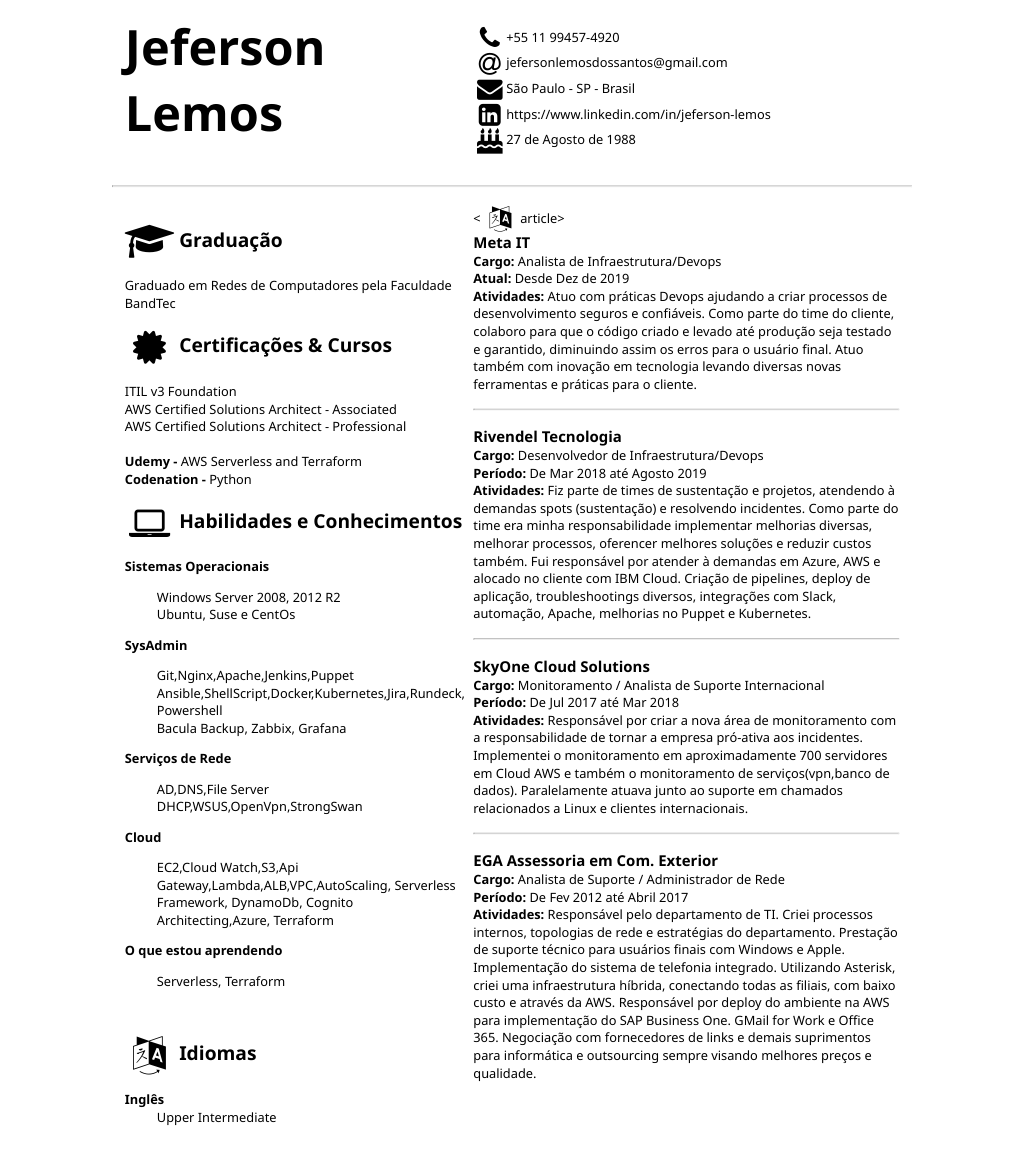
Repository: jefersonlemos/Resume-pt
Page: index.html
The author's editor kept a copy of each file at every save. The page is drawn from the files as they stood at one save, then again after the next save.
The browser window is 1280 px wide. The pictures show the whole page, at 80% of full size.

Above is the page before, as saved 2020-06-15 12:02:32.

### index.html
<!DOCTYPE html>

<html lang="en">
<head>
    <meta charset="utf-8" />
    <title>Jeferson Lemos PT</title>
    <link rel="stylesheet" href="./css/normalize.css" type="text/css" />
    <link rel="stylesheet" href="./css/app.css" type="text/css" />
    <link rel="stylesheet" href="./css/font-awesome.min.css" type="text/css" />
</head>
<body>
    <div class="content">
        <header>
            <section>
                <h1>Jeferson <br />Lemos</h1>
            </section>
            <section>
                <ul>
                    <li>
                        <i class="fa fa-fw fa-2x fa-phone"></i>+55 11 99457-4920
                    </li>
                    <li>
                        <i class="fa fa-fw fa-2x fa-at"></i>jefersonlemosdossantos@gmail.com
                    </li>
                    <li>
                        <i class="fa fa-fw fa-2x fa-envelope"></i>São Paulo - SP - Brasil
                    </li>
                    <li>
                        <i class="fa fa-fw fa-2x fa-linkedin-square"></i>https://www.linkedin.com/in/jeferson-lemos
                    </li>
                    <li>
                        <i class="fa fa-fw fa-2x fa-birthday-cake"></i>27 de Agosto de 1988
                    </li>
                </ul>
            </section>
        </header>
        <hr />
        <main>
            <section>
                <article>
                    <h2><i class="fa fa-fw fa-2x fa-graduation-cap"></i> Graduação</h2>
                        Graduado em Redes de Computadores pela Faculdade BandTec

                </article>
                <article>
                    <h2><i class="fa fa-fw fa-2x fa-certificate"></i> Certificações & Cursos</h2>

                        ITIL v3 Foundation </br>
                        AWS Certified Solutions Architect - Associated </br>
                        AWS Certified Solutions Architect - Professional</br>
						</br>

					<b>Udemy - </b>AWS Serverless and Terraform</br>
					<b>Codenation - </b> Python </br>

                </article>
				 <article>
                    <h2><i class="fa fa-fw fa-2x fa-laptop"></i> Habilidades e Conhecimentos</h2>
                    <dl>
                        <dt>Sistemas Operacionais</dt>
                        <dd>
                            <ul>
                                <li>Windows Server 2008, 2012 R2</li>
                                <li>Ubuntu, Suse e CentOs</li>
                            </ul>
                        </dd>
                        <dt>SysAdmin</dt>
                        <dd>
                            <ul>
                                <li>Git,Nginx,Apache,Jenkins,Puppet</li>
                                <li>Ansible,ShellScript,Docker,Kubernetes,Jira,Rundeck, Powershell </li>
                                <li>Bacula Backup, Zabbix, Grafana</li>

                            </ul>
                        </dd>
                        <dt>Serviços de Rede</dt>
                        <dd>
                            <ul>
                                <li>AD,DNS,File Server DHCP,WSUS,OpenVpn,StrongSwan</li>
                            </ul>
                        </dd>
                        <dt>Cloud</dt>
                        <dd>
                            <ul>
                                <li>EC2,Cloud Watch,S3,Api Gateway,Lambda,ALB,VPC,AutoScaling, Serverless Framework, DynamoDb, Cognito</li>
                                <li>Architecting,Azure, Terraform </li>
                            </ul>
                        </dd>
                        <dt>O que estou aprendendo</dt>
                        <dd>
                            <ul>
                                <li>Serverless, Terraform</li>
                            </ul>
                        </dd>
                    </dl>
                </article>
                <br />
                <article>
                    <h2><i class="fa fa-fw fa-2x fa-language"></i> Idiomas</h2>
                    <dl>
                        <dt>Inglês</dt>
                        <dd>Upper Intermediate</dd>
                    </dl>
                </article>
            </section>
            <section>
                < <i class="fa fa-fw fa-2x fa-language"></i> article>
                    <h3>Meta IT</h3>
                    <strong>Cargo:</strong> Analista de Infraestrutura/Devops <br />
                    <strong>Atual:</strong> Desde Dez de 2019<br />
                    <strong>Atividades:</strong> Atuo com práticas Devops ajudando a criar processos de desenvolvimento seguros e confiáveis. Como parte do time do cliente,
                     colaboro para que o código criado e levado até produção seja testado e garantido, diminuindo assim os erros para o usuário final.
                     Atuo também com inovação em tecnologia levando diversas novas ferramentas e práticas para o cliente.
                    <hr />
					<h3>Rivendel Tecnologia</h3>
                    <strong>Cargo:</strong> Desenvolvedor de Infraestrutura/Devops <br />
                    <strong>Período:</strong> De Mar 2018 até Agosto 2019<br />
                    <strong>Atividades:</strong> Fiz parte de times de sustentação e projetos, atendendo à demandas spots (sustentação) e resolvendo incidentes.
                    Como parte do time era minha responsabilidade implementar melhorias diversas, melhorar processos, oferencer melhores soluções e reduzir custos também.
                    Fui responsável por atender à demandas em Azure, AWS e alocado no cliente com IBM Cloud. Criação de pipelines, deploy de aplicação, troubleshootings diversos,
                     integrações com Slack, automação, Apache, melhorias no Puppet e Kubernetes.
                    <hr />
		            <h3>SkyOne Cloud Solutions</h3>
                    <strong>Cargo:</strong> Monitoramento / Analista de Suporte Internacional <br />
                    <strong>Período:</strong> De Jul 2017 até Mar 2018<br />
                    <strong>Atividades:</strong> Responsável por criar a nova área de monitoramento com a responsabilidade de tornar a empresa pró-ativa aos incidentes.
                    Implementei o monitoramento em aproximadamente 700 servidores em Cloud AWS e também o monitoramento de serviços(vpn,banco de dados).
			        Paralelamente atuava junto ao suporte em chamados relacionados a Linux e clientes internacionais.
                    <hr />
                    <h3>EGA Assessoria em Com. Exterior</h3>
                    <strong>Cargo:</strong> Analista de Suporte / Administrador de Rede  <br />
                    <strong>Período:</strong> De Fev 2012 até Abril 2017<br />
                    <strong>Atividades:</strong> Responsável pelo departamento de TI. Criei processos internos, topologias de rede e estratégias do departamento.
                    Prestação de suporte técnico para usuários finais com Windows e Apple. Implementação do sistema de telefonia integrado. Utilizando Asterisk,
                    criei uma infraestrutura híbrida, conectando todas as filiais, com baixo custo e através da AWS. Responsável por deploy do ambiente na AWS para
                    implementação do SAP Business One. GMail for Work e Office 365. Negociação com fornecedores de links e demais suprimentos para informática e outsourcing
                    sempre visando melhores preços e qualidade.
                    <!-- <hr />
                    <h3>Kosmos Tecnologia</h3>
                    <strong>Cargo:</strong> Empreendedor<br />
                    <strong>Período:</strong> De Nov 2009 até Fev 2012<br />
                    <strong>Atividades:</strong> Eu fui um empreendedor e fui responsável por prover suporte técnico (hardware e software) para os clientes.
                    Fui também responsável por procurar novos clientes.
                    Prestei consultoria para pequenas empresas montando novos escritórios, criando websites, politicas de rede, backups e melhorias na rede.
                    Migrei um grande site chamado famosidades.com.br de um pequeno hosting para um hosting maior e mais seguro, migrei de Windows para Linux.
                    <hr /> -->
                   <!-- <h3>Stefanini IT Solutions</h3>
                    <strong>Cargo:</strong> Analista de Suporte I & II<br />
                    <strong>Periodo:</strong> De Nov 2008 até Nov 2009<br />
                    <strong>Atividades :</strong> Meu primeiro emprego, eu prestei suporte técnico em início de carreira. Participei de um projeto de migração de
                    1000 hosts de um domínio Windows 2003 para um novo domínio WIndows 2008.
                    <hr />-->
                </article>
            </section>
        </main>
        <footer>

        </footer>
    </div>
</body>
</html>

### css/app.css
body {
    font-family: 'Segoe UI', sans-serif;
}

.content {
    width: 1000px;
    margin: 0 auto;
}

header,
main {
    display: flex;
    padding: 1rem;
}

    header section,
    main section {
        -ms-flex: 1;
        flex: 1;
    }
    header section:first-child,
    main section:first-child {
        max-width: 45%;
    }

header h1 {
    font-size: 3.8rem;
    margin: 0;
}
main h3 {
    margin: 0;
}
main hr {
    margin: 20px 0;
}
header .fa,
main .fa {
    vertical-align: middle;
}
ul {
    list-style: none;
    padding: 0;
}

dt {
    font-weight: bold;
}

Loaded but not shown: css/normalize.css (library); css/font-awesome.min.css (library)

After the next save:
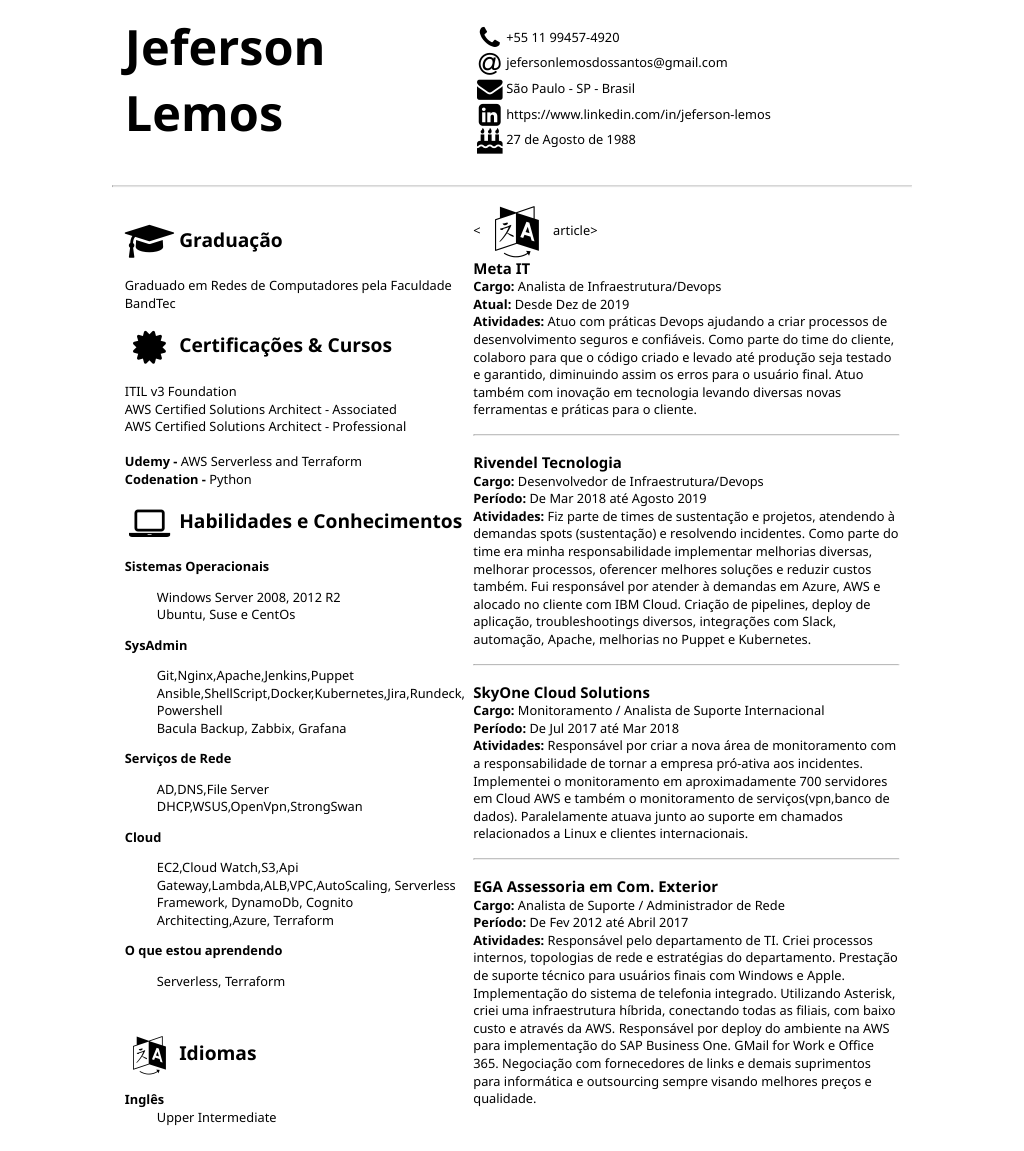
Saved 9 s later.
--- a/index.html
+++ b/index.html
@@ -104,7 +104,7 @@
                 </article>
             </section>
             <section>
-                < <i class="fa fa-fw fa-2x fa-language"></i> article>
+                < <i class="fa fa-fw fa-4x fa-language"></i> article>
                     <h3>Meta IT</h3>
                     <strong>Cargo:</strong> Analista de Infraestrutura/Devops <br />
                     <strong>Atual:</strong> Desde Dez de 2019<br />
